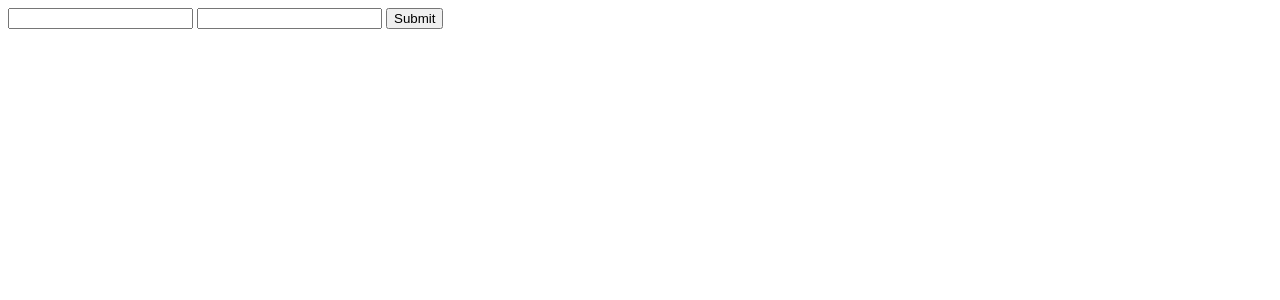
Repository: jungreul97/jsp_pracitce
Page: http://localhost/JSPBasic/JspObject/1.requests/req_login_form.jsp
The author's editor kept a copy of each file at every save. The page is drawn from the files as they stood at one save, then again after the next save.
The browser window is 1280 px wide. The pictures show the whole page.
The page is served by Tomcat 9.

Above is the page before, as saved 2022-02-04 01:29:17.

After the next save:
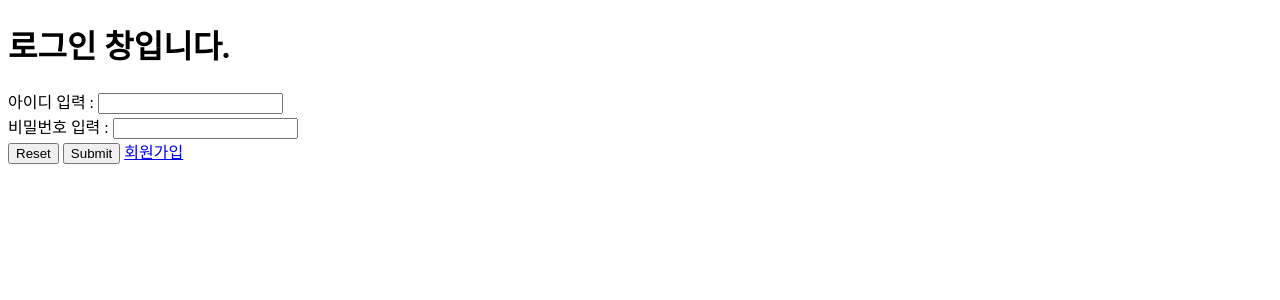
Saved 2 min 0 s later.
--- a/JSPBasic/src/main/webapp/JspObject/1.requests/req_login_form.jsp
+++ b/JSPBasic/src/main/webapp/JspObject/1.requests/req_login_form.jsp
@@ -7,10 +7,15 @@
 <title>Insert title here</title>
 </head>
 <body>
+	<h1>로그인 창입니다.</h1>
 	<form action = "req_login_result.jsp">
-		<input type = "text" name = "id">
-		<input type = "password" name = "pw">
+		아이디 입력 :
+		<input type = "text" name = "id"><br/>
+		비밀번호 입력 :
+		<input type = "password" name = "pw"><br/>
+		<input type = "reset">
 		<input type = "submit">
+		<a href = "#">회원가입</a>
 	</form>
 </body>
 </html>
